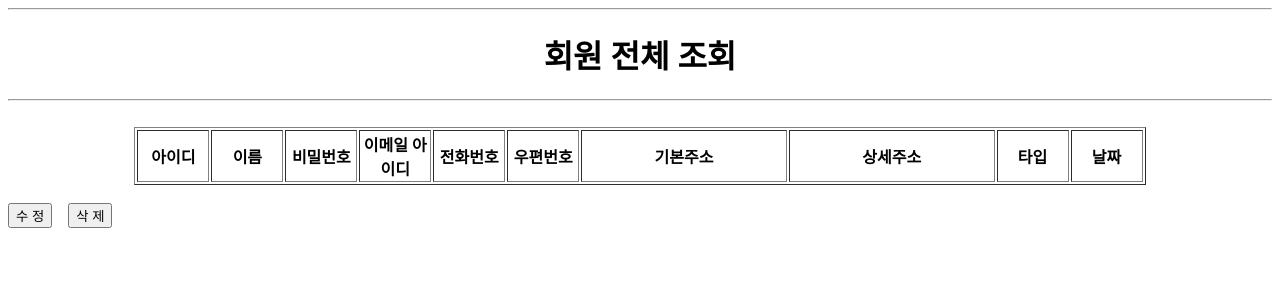
Repository: skim24245/web_workspace_src
Page: http://localhost/Mission-Web/jsp/member/memberlist.jsp
The author's editor kept a copy of each file at every save. The page is drawn from the files as they stood at one save, then again after the next save.
The browser window is 1280 px wide. The pictures show the whole page.
The page is served by Tomcat 9. Other server files are loaded and not shown. Queries for data that is not in the repository find no rows.

Above is the page before, as saved 2022-06-09 07:35:55.

### Mission-Web/src/main/webapp/jsp/member/memberlist.jsp

<%@page import="kr.ac.kopo.member.vo.MemberVO"%>
<%@page import="java.util.List"%>
<%@page import="kr.ac.kopo.member.dao.MemberDAO"%>
<%@page import="kr.ac.kopo.util.JDBCClose"%>
<%@page import="java.sql.ResultSet"%>
<%@page import="java.sql.PreparedStatement"%>
<%@page import="java.sql.Connection"%>
<%@page import="kr.ac.kopo.util.ConnectionFactory"%>
<%@ page language="java" contentType="text/html; charset=UTF-8"
	pageEncoding="UTF-8"%>
<%@taglib prefix="c" uri="http://java.sun.com/jsp/jstl/core" %>

<%--
작업 순서
1. t_member 테이블에서 전체게시글 조회
2. 조회된 게시물을 하나씩 웹브라우저 출력
--%>


<%
MemberDAO dao = new MemberDAO();
List<MemberVO> list = dao.selectAll();
pageContext.setAttribute("list",list);
%>



<!DOCTYPE html>
<html>
<head>
<meta charset="UTF-8">
<title>회원 조회</title>
<script src="/Mission-Web/resource/js/jquery-3.6.0.min.js"></script>
<script>
function doAction(type){
	switch(type){
	case 'U' :
		location.href="update.jsp?id=${param.id}";
		break;
	case 'D' :
		location.href = "delete.jsp?id=${param.id}";
	}
}
</script>
</head>
<!-- http://localhost9999/Mission-Web/jsp/board/list.jsp -->
<body>

	<div align="center">
		<hr>
		<h1>회원 전체 조회</h1>
		<hr>
		<br>
		<table border="1" style="width: 80%">
			<tr>
				<th width="7%">아이디</td>
				<th width="7%">이름</th>
				<th width="7%">비밀번호</th>
				<th width="7%">이메일 아이디</th>
				<th width="7%">전화번호</th>
				<th width="7%">우편번호</th>
				<th width="20%">기본주소</th>
				<th width="20%">상세주소</th>
				<th width="7%">타입</th>
				<th width="7%">날짜</th>
			</tr>

			<c:forEach items="${list}" var="member">
			<tr>
			<td><c:out value="${member.id}"/></td>
			<td><c:out value="${member.name }"/></td>
			<td><c:out value="${member.password }"/></td>
			<td><c:out value="${member.email_id }"/></td>
			<td><c:out value="${member.tel1}- ${member.tel2}-${member.tel3}"/></td>
			<td><c:out value="${member.post}"/></td>
			<td><c:out value="${member.basic_addr }"/></td>
			<td><c:out value="${member.detail_addr }"/></td>
			<td><c:out value="${member.type}"/></td>
			<td><c:out value="${member.reg_date}"/></td>
			</tr>

			</c:forEach>


		</table>
		<br>

	</div>
<button onclick="doAction('U')" >수   정</button> &nbsp;&nbsp;
<button onclick="doAction('D')" >삭    제</button>&nbsp;&nbsp;

</body>
</html>

### Mission-Web/src/main/java/kr/ac/kopo/member/dao/MemberDAO.java
package kr.ac.kopo.member.dao;

import java.sql.Connection;
import java.sql.PreparedStatement;
import java.sql.ResultSet;
import java.util.ArrayList;
import java.util.List;
import kr.ac.kopo.member.vo.MemberVO;
import kr.ac.kopo.util.ConnectionFactory;
import kr.ac.kopo.util.JDBCClose;

public class MemberDAO {



	//회원 조회
	public List<MemberVO> selectAll(){

		List<MemberVO> list = new ArrayList<MemberVO>();
		Connection conn = null;
		PreparedStatement pstmt = null;


	try {
		conn = new ConnectionFactory().getConnection();
		StringBuilder sql = new StringBuilder();
		sql.append("SELECT ID, NAME , PASSWORD, EMAIL_ID, TEL1,TEL2,TEL3,POST,BASIC_ADDR,DETAIL_ADDR, TYPE, TO_CHAR(reg_date, 'yyyy-mm-dd')as reg_date ");
		sql.append(" from T_MEMBER ");
		sql.append(" order by ID desc");
		pstmt = conn.prepareStatement(sql.toString());

		ResultSet rs = pstmt.executeQuery();


		while(rs.next()){
			String id = rs.getString("ID");
			String name = rs.getString("NAME");
			String password =rs.getString("PASSWORD");
			String email_id =rs.getString("EMAIL_ID");
			String tel1 = rs.getString("TEL1");
			String tel2 =rs.getString("TEL2");
			String tel3 =rs.getString("TEL3");
			String post =rs.getString("POST");
			String basic_addr =rs.getString("BASIC_ADDR");
			String detail_addr=rs.getString("DETAIL_ADDR");
			String type=rs.getString("TYPE");
			String reg_date = rs.getString("reg_date");


			MemberVO member = new MemberVO();
			member.setId(id);
			member.setName(name);
			member.setPassword(password);
			member.setEmail_id(email_id);
			member.setTel1(tel1);
			member.setTel2(tel2);
			member.setTel3(tel3);
			member.setPost(post);
			member.setBasic_addr(basic_addr);
			member.setDetail_addr(detail_addr);
			member.setType(type);
			member.setReg_date(reg_date); //


	list.add(member);
	}
	}catch(Exception e) {
		e.printStackTrace();
	}finally {
		JDBCClose.close(pstmt, conn);
	}
	return list;
	}


	}

### Mission-Web/src/main/java/kr/ac/kopo/util/ConnectionFactory.java
package kr.ac.kopo.util;

import java.sql.Connection;
import java.sql.DriverManager;

public class ConnectionFactory {

	public Connection getConnection() {

			Connection conn = null;

			try {
				Class.forName("oracle.jdbc.driver.OracleDriver");

				String url = "jdbc:oracle:thin:@192.168.119.119:1521:dink";
				String user = "scott";
				String password = "tiger";

				conn = DriverManager.getConnection(url, user, password);
			} catch (Exception e) {
				e.printStackTrace();
			}

			return conn;
		}
	}

### Mission-Web/src/main/java/kr/ac/kopo/util/JDBCClose.java
package kr.ac.kopo.util;

import java.sql.Connection;
import java.sql.SQLException;
import java.sql.Statement;

public class JDBCClose {

	public static void close(Statement stmt, Connection conn) {
		if (stmt != null) {
			try {
				stmt.close();
			} catch (SQLException e) {
				e.printStackTrace();
			}
		}
		if (conn != null) {
			try {
				conn.close();
			} catch (SQLException e) {
				e.printStackTrace();
			}
		}
	}
}

Loaded but not shown: Mission-Web/src/main/webapp/resource/js/jquery-3.6.0.min.js (library)

After the next save:
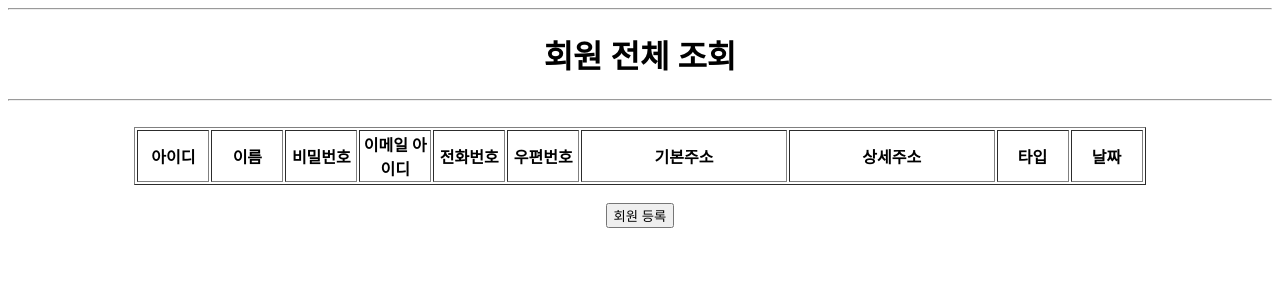
Saved 119 s later.
--- a/Mission-Web/src/main/webapp/jsp/member/memberlist.jsp
+++ b/Mission-Web/src/main/webapp/jsp/member/memberlist.jsp
@@ -33,15 +33,11 @@ pageContext.setAttribute("list",list);
 <title>회원 조회</title>
 <script src="/Mission-Web/resource/js/jquery-3.6.0.min.js"></script>
 <script>
-function doAction(type){
-	switch(type){
-	case 'U' :
-		location.href="update.jsp?id=${param.id}";
-		break;
-	case 'D' :
-		location.href = "delete.jsp?id=${param.id}";
-	}
-}
+$(document).ready(function(){
+	$('#addBtn').click(function(){
+		location.href = 'writeForm.jsp'
+	})
+})
 </script>
 </head>
 <!-- http://localhost9999/Mission-Web/jsp/board/list.jsp -->
@@ -72,7 +68,7 @@ function doAction(type){
 			<td><c:out value="${member.name }"/></td>
 			<td><c:out value="${member.password }"/></td>
 			<td><c:out value="${member.email_id }"/></td>
-			<td><c:out value="${member.tel1}- ${member.tel2}-${member.tel3}"/></td>
+			<td><c:out value="${member.tel1} -${member.tel2}-${member.tel3}"/></td>
 			<td><c:out value="${member.post}"/></td>
 			<td><c:out value="${member.basic_addr }"/></td>
 			<td><c:out value="${member.detail_addr }"/></td>
@@ -85,10 +81,9 @@ function doAction(type){
 
 		</table>
 		<br>
+<button id="addBtn">회원 등록</button>
+	</div>
 
-	</div>
-<button onclick="doAction('U')" >수   정</button> &nbsp;&nbsp;
-<button onclick="doAction('D')" >삭    제</button>&nbsp;&nbsp;
 
 </body>
 </html>
